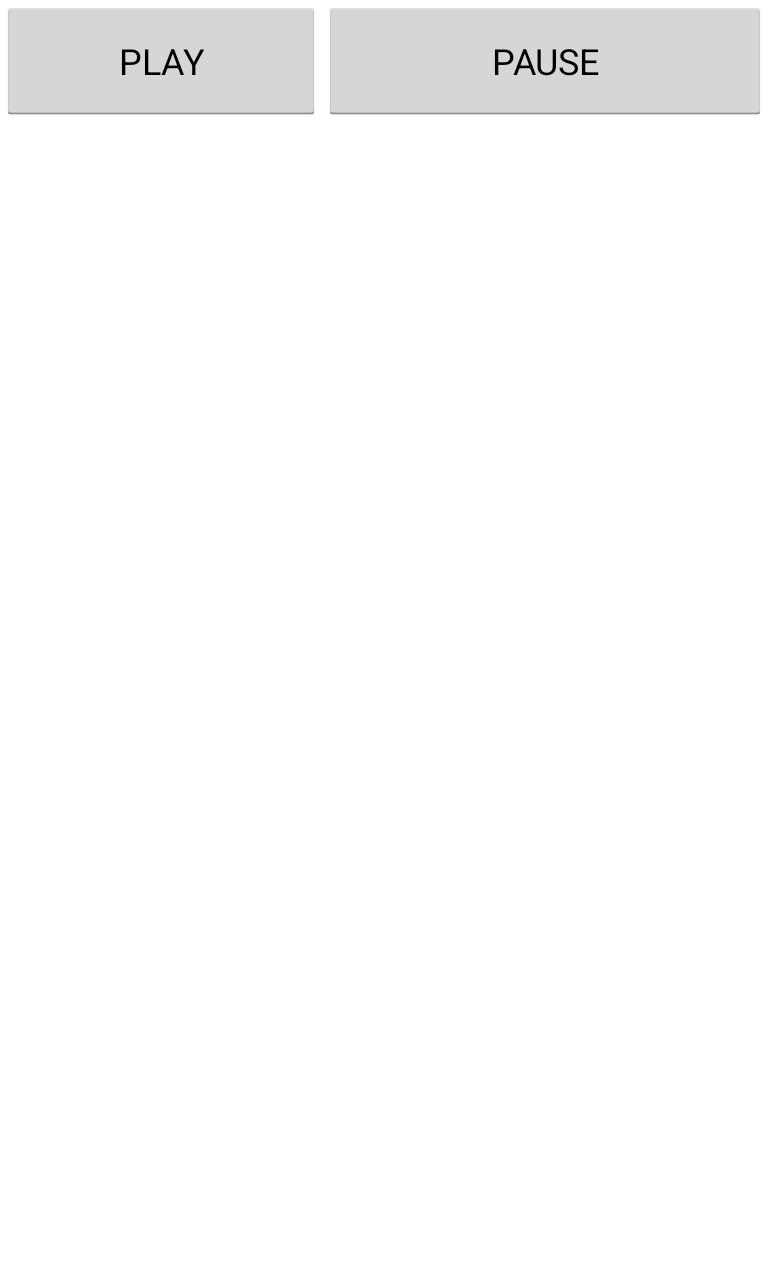
Repository: thiagopsilva/Android-book
Layout: Som/res/layout/activity_som.xml
An editor plug-in stored every save of this project. The layout is shown before and after the next save, followed by the edit.
It is drawn on a 768 x 1280 px phone screen (xhdpi) without system bars, with theme AppTheme; the app's code is not run.

Above is the layout before, as saved 2012-12-14 15:08:20.

After the next save:
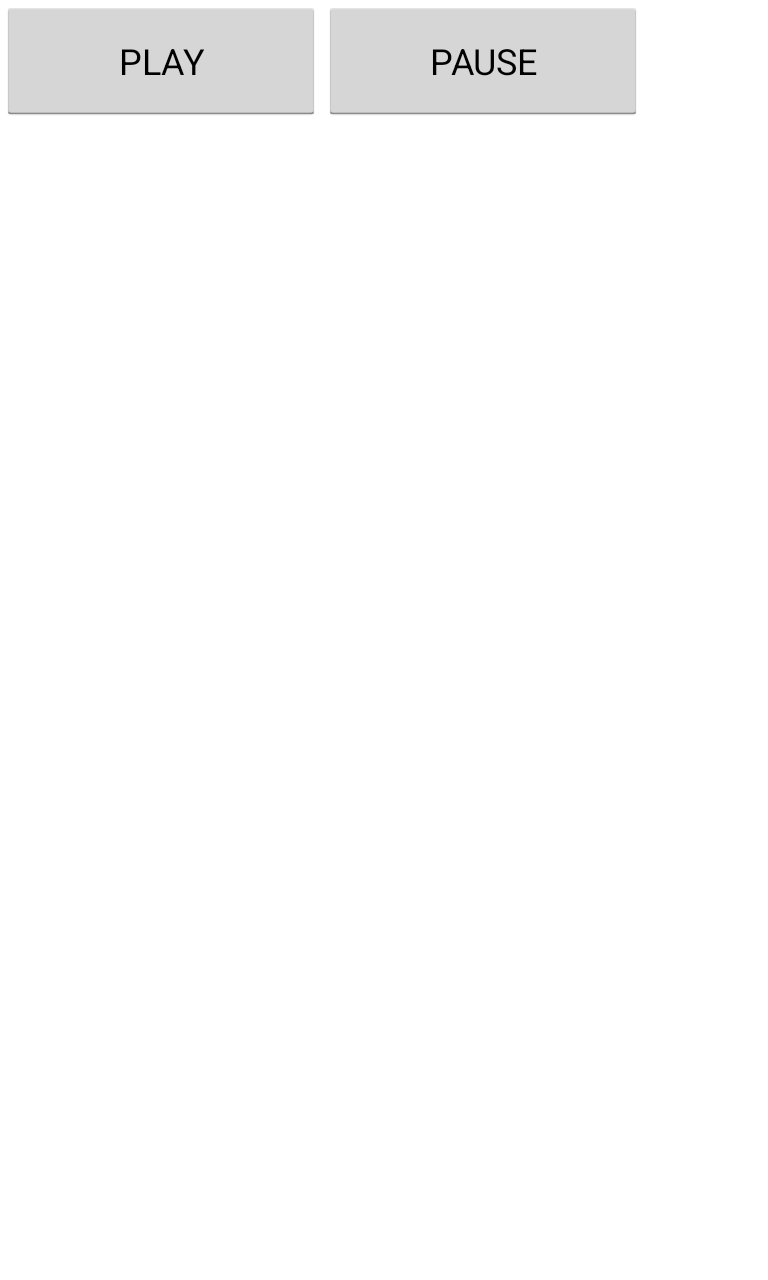
Saved 16 s later.
--- a/Som/res/layout/activity_som.xml
+++ b/Som/res/layout/activity_som.xml
@@ -13,6 +13,7 @@
     <Button
         android:id="@+id/btpause"
         android:layout_width="fill_parent"
+        android:layout_width="161dp"
         android:layout_height="61dp"
         android:text="PAUSE" />
 

After the save that followed:
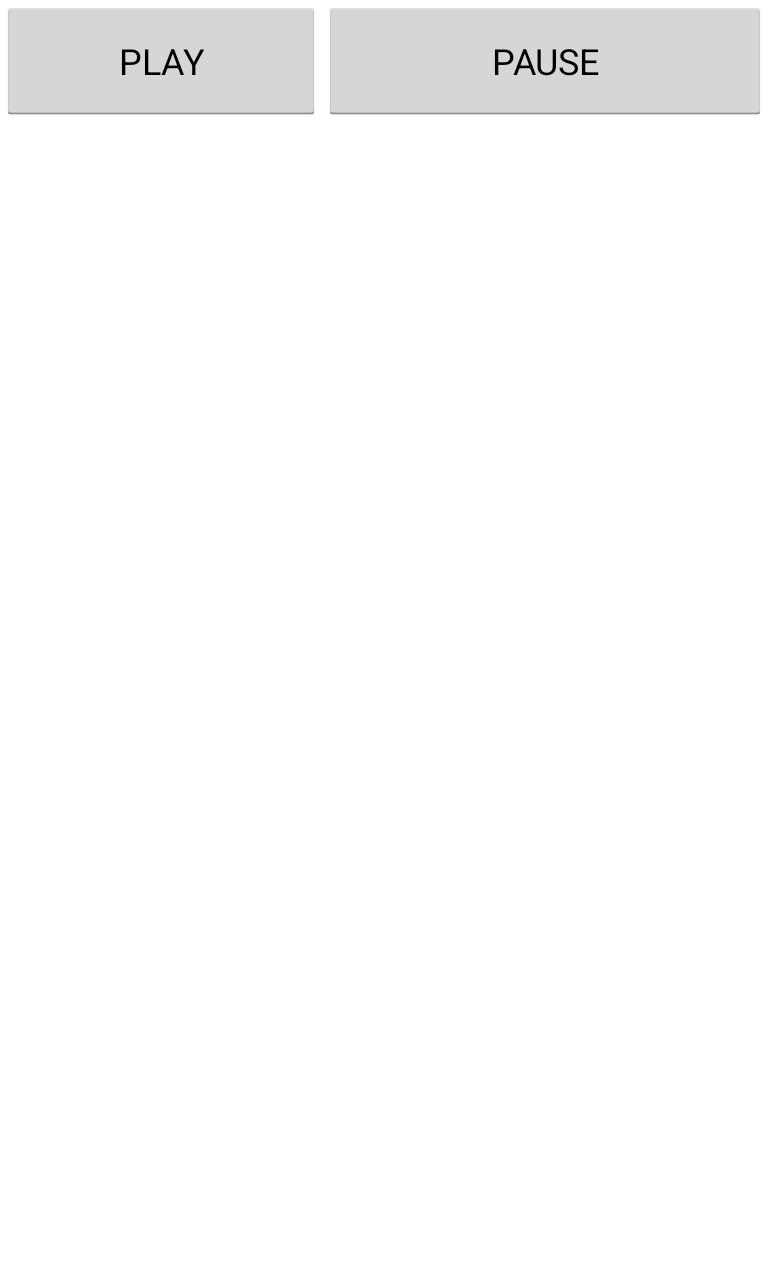
Saved 13 s later.
--- a/Som/res/layout/activity_som.xml
+++ b/Som/res/layout/activity_som.xml
@@ -13,7 +13,6 @@
     <Button
         android:id="@+id/btpause"
         android:layout_width="fill_parent"
-        android:layout_width="161dp"
         android:layout_height="61dp"
         android:text="PAUSE" />
 
